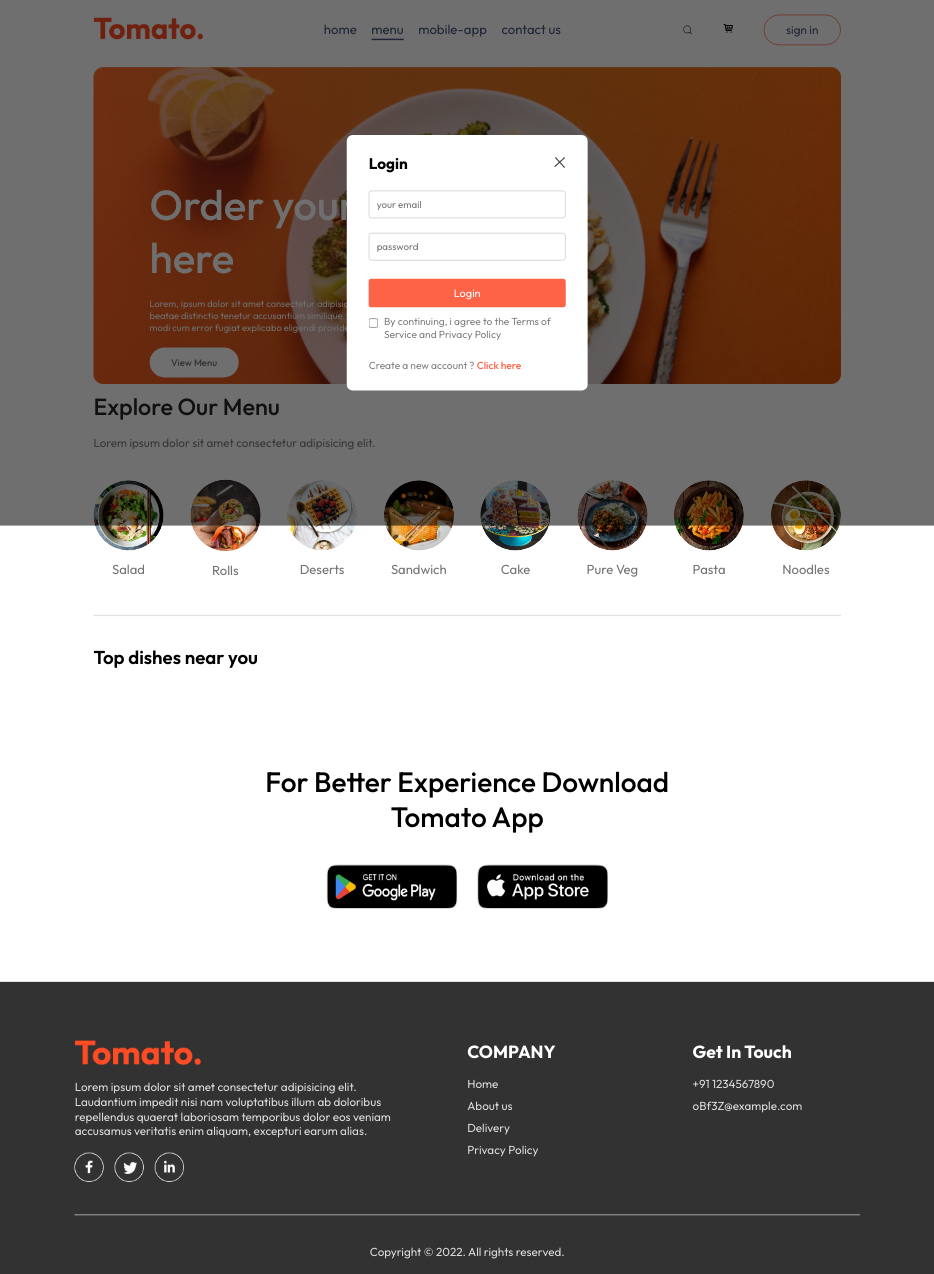
Repository: sodmaq/food-delivery
Page: / (app in frontend/), after clicking the first element matching `button`
These files come from the project's save history. The page is drawn as it stood at one moment and after the next save; the edit follows.
The browser window is 1280 px wide. The pictures show the whole page, at 73% of full size.
The project was rebuilt for these pictures with package versions that can differ from the ones it lists, and the page was loaded fresh each time. Also part of the build but not shown: frontend/vite.config.js, frontend/src/components/foodItem/FoodItem.css, frontend/src/components/foodItem/FoodItem.jsx, frontend/src/pages/Cart/Cart.css, frontend/src/pages/Cart/Cart.jsx, frontend/src/pages/PlaceOrder/PlaceOrder.css, frontend/src/pages/PlaceOrder/PlaceOrder.jsx.

Above is the page before, as saved 2024-10-08 17:15:49.

### frontend/src/main.jsx
import { StrictMode } from "react";
import { createRoot } from "react-dom/client";
import App from "./App.jsx";
import "./index.css";
import { BrowserRouter } from "react-router-dom";
import StoreContextProvider from "./context/storeContext"; // Default import, no curly braces

createRoot(document.getElementById("root")).render(
  <StrictMode>
    <BrowserRouter>
      <StoreContextProvider>
        <App />
      </StoreContextProvider>
    </BrowserRouter>
  </StrictMode>
);

### frontend/src/App.jsx
import NavBar from "./components/NavBar/NavBar";
import { Route, Routes } from "react-router-dom";
import Home from "./pages/Home/Home";
import Cart from "./pages/Cart/Cart";
import PlaceOrder from "./pages/PlaceOrder/PlaceOrder";
import Footer from "./components/Footer/Footer";
import { useState } from "react";
import LoginPopUp from "./components/Login/LoginPopUp";
const App = () => {
  const [showLogin, setShowLogin] = useState(false);
  return (
    <>
      {showLogin ? <LoginPopUp setShowLogin={setShowLogin} /> : <></>}
      <div className="app">
        <NavBar setShowLogin={setShowLogin} />
        <Routes>
          <Route path="/" element={<Home />} />
          <Route path="/cart" element={<Cart />} />
          <Route path="/order" element={<PlaceOrder />} />
        </Routes>
      </div>
      <Footer />
    </>
  );
};

export default App;

### frontend/src/index.css
@import url("https://fonts.googleapis.com/css2?family=Outfit:wght@100..900&display=swap");
* {
  padding: 0;
  margin: 0;
  box-sizing: border-box;
  font-family: Outfit;
  scroll-behavior: smooth;
}
body {
  min-height: 100vh;
}
a {
  text-decoration: none;
  color: inherit;
}

.app {
  width: 80%;
  margin: auto;
}
@keyframes fadeIn {
  0% {
    opacity: 0;
  }
  100% {
    opacity: 1;
  }
}

### frontend/src/context/storeContext.jsx
import { createContext, useEffect, useState } from "react";
import { food_list } from "../assets/assets";

export const StoreContext = createContext(null);

const StoreContextProvider = ({ children }) => {
  const [cartItems, setCartItems] = useState({});
  const url = "http://localhost:4000";
  const addToCart = (id) => {
    if (!cartItems[id]) {
      setCartItems((prev) => ({ ...prev, [id]: 1 }));
    } else {
      setCartItems((prev) => ({ ...prev, [id]: prev[id] + 1 }));
    }
  };
  const removeFromCart = (id) => {
    setCartItems((prev) => {
      if (prev[id] === 1) {
        const newCart = { ...prev };
        delete newCart[id];
        return newCart;
      }
      return { ...prev, [id]: prev[id] - 1 };
    });
  };

  const getTotalCartAmount = () => {
    let totalAmount = 0;
    for (const item in cartItems) {
      if (cartItems[item] > 0) {
        let itemInfo = food_list.find((product) => product._id === item);
        totalAmount += itemInfo.price * cartItems[item];
      }
    }
    return totalAmount;
  };

  const contextValue = {
    food_list,
    cartItems,
    setCartItems,
    addToCart,
    removeFromCart,
    getTotalCartAmount,
    url,
  };

  return (
    <StoreContext.Provider value={contextValue}>
      {children}
    </StoreContext.Provider>
  );
};

export default StoreContextProvider;

### frontend/src/components/NavBar/NavBar.jsx
import { useContext, useState } from "react";
import "./NavBar.css";
import { assets } from "../../assets/assets";
import { CiSearch } from "react-icons/ci";
import { TiShoppingCart } from "react-icons/ti";
import { Link } from "react-router-dom";
import { StoreContext } from "../../context/storeContext";

const NavBar = ({ setShowLogin }) => {
  const [menu, setMenu] = useState("menu");
  const { getTotalCartAmount } = useContext(StoreContext);
  return (
    <div className="navbar">
      <Link to={"/"}>
        <img src={assets.logo} alt="" className="logo" />
      </Link>
      <ul className="navbar-menu">
        <Link
          to="/"
          onClick={() => setMenu("home")}
          className={menu === "home" ? "active" : ""}
        >
          home
        </Link>
        <a
          href="#explore-menu"
          onClick={() => setMenu("menu")}
          className={menu === "menu" ? "active" : ""}
        >
          menu
        </a>
        <a
          href="#app-download"
          onClick={() => setMenu("mobile-app")}
          className={menu === "mobile-app" ? "active" : ""}
        >
          mobile-app
        </a>
        <a
          href="#footer"
          onClick={() => setMenu("contact-us")}
          className={menu === "contact-us" ? "active" : ""}
        >
          contact us
        </a>
      </ul>
      <div className="navbar-right">
        <CiSearch />
        <div className="navbar-search-icon">
          <Link to={"/cart"}>
            <TiShoppingCart />
          </Link>
          <div className={getTotalCartAmount() === 0 ? "" : "dot"}></div>
        </div>
        <button onClick={() => setShowLogin(true)}>sign in</button>
      </div>
    </div>
  );
};

export default NavBar;

### frontend/src/pages/Home/Home.jsx
import "./Home.css";
import Header from "../../components/Header/Header";
import ExploreMenu from "../../components/ExoloreMenu/ExploreMenu";
import { useState } from "react";
import FoodDisplay from "../../components/foodDisplay/FoodDisplay";
import AppDownload from "../../components/AppDownload/AppDownload";

const Home = () => {
  const [category, setCategory] = useState("All");
  return (
    <div>
      <Header />
      <ExploreMenu category={category} setCategory={setCategory} />
      <FoodDisplay category={category} />
      <AppDownload />
    </div>
  );
};

export default Home;

### frontend/src/components/Footer/Footer.jsx
import "./Footer.css";
import { assets } from "../../assets/assets";
const Footer = () => {
  return (
    <div className="footer" id="footer">
      <div className="footer-content">
        <div className="footer-content-left">
          <img src={assets.logo} alt="" />
          <p>
            Lorem ipsum dolor sit amet consectetur adipisicing elit. Laudantium
            impedit nisi nam voluptatibus illum ab doloribus repellendus quaerat
            laboriosam temporibus dolor eos veniam accusamus veritatis enim
            aliquam, excepturi earum alias.
          </p>
          <div className="footer-social-icons">
            <img src={assets.facebook_icon} alt="" />
            <img src={assets.twitter_icon} alt="" />
            <img src={assets.linkedin_icon} alt="" />
          </div>
        </div>
        <div className="footer-content-center">
          <h2>COMPANY</h2>
          <ul>
            <li>Home</li>
            <li>About us</li>
            <li>Delivery</li>
            <li>Privacy Policy</li>
          </ul>
        </div>
        <div className="footer-content-right">
          <h2>Get In Touch</h2>
          <ul>
            <li>+91 1234567890</li>
            <li>oBf3Z@example.com</li>
          </ul>
        </div>
      </div>
      <hr />
      <p className="footer-copyright">
        Copyright &copy; 2022. All rights reserved.
      </p>
    </div>
  );
};

export default Footer;

### frontend/src/components/Login/LoginPopUp.jsx
import { useState } from "react";
import "./LoginPopUp.css";
import { assets } from "../../assets/assets";
const LoginPopUp = ({ setShowLogin }) => {
  const [currState, setCurrState] = useState("Login");
  const [data, setData] = useState({
    name: "",
    email: "",
    password: "",
  });

  const onChangeHandler = (e) => {
    e.preventDefault();
    const name = e.target.name;
    const value = e.target.value;
    setData((data) => ({ ...data, [name]: value }));
  };

  return (
    <div className="login-popup">
      <form className="login-popup-container" action="">
        <div className="login-popup-title">
          <h2>{currState}</h2>
          <img
            onClick={() => setShowLogin(false)}
            src={assets.cross_icon}
            alt=""
          />
        </div>
        <div className="login-popup-inputs">
          {currState === "Login" ? (
            <></>
          ) : (
            <input
              name="name"
              onChange={onChangeHandler}
              value={data.name}
              type="text"
              placeholder="your name "
              required
            />
          )}
          <input
            name="email"
            onChange={onChangeHandler}
            value={data.email}
            type="email"
            placeholder="your email"
            required
          />
          <input
            name="password"
            onChange={onChangeHandler}
            type="password"
            placeholder="password"
            required
          />
        </div>
        <button>{currState === "Sign Up" ? "Create Account" : "Login"}</button>
        <div className="login-popup-condition">
          <input type="checkbox" required />
          <p>
            By continuing, i agree to the Terms of Service and Privacy Policy
          </p>
        </div>
        {currState === "Login" ? (
          <p>
            Create a new account ?{" "}
            <span onClick={() => setCurrState("Sign Up")}>Click here</span>
          </p>
        ) : (
          <p>
            Already have an account?{" "}
            <span onClick={() => setCurrState("Login")}>Login here</span>
          </p>
        )}
      </form>
    </div>
  );
};

export default LoginPopUp;

### frontend/src/components/NavBar/NavBar.css
.navbar {
  padding: 20px 0px;
  display: flex;
  justify-content: space-between;
  align-items: center;
}
.navbar .logo {
  width: 150px;
}

.navbar-menu {
  display: flex;
  list-style: none;
  gap: 20px;
  color: #49557e;
  font-size: 18px;
}
.navbar-right {
  display: flex;
  align-items: center;
  gap: 40px;
}

.navbar-right button {
  background: transparent;
  font-size: 16px;
  color: #49557e;
  border: 1px solid tomato;
  padding: 10px 30px;
  border-radius: 50px;
  cursor: pointer;
  transition: 0.3s;
}
.navbar button:hover {
  background-color: #fff4f2;
}
.navbar .active {
  padding-bottom: 2px;
  border-bottom: 2px solid #49557e;
}
.navbar li {
  cursor: pointer;
}

.navbar-search-icon {
  position: relative;
}

.navbar-search-icon .dot {
  position: absolute;
  min-width: 10px;
  min-height: 10px;
  background-color: tomato;
  border-radius: 5px;
  top: -8px;
  right: -8px;
}

@media (max-width: 1050px) {
  .navbar .logo {
    width: 140px;
  }
  .navbar-menu {
    gap: 20px;
    font-size: 17px;
  }
  .navbar-right {
    gap: 30px;
  }
  .navbar-right img {
    width: 22px;
  }
  .navbar-right button {
    padding: 8px 25px;
  }
}

@media (max-width: 900px) {
  .navbar .logo {
    width: 120px;
  }
  .navbar-menu {
    gap: 15px;
    font-size: 16px;
  }
  .navbar-right {
    gap: 20px;
  }
  .navbar-right img {
    width: 20px;
  }
  .navbar-right button {
    padding: 7px 20px;
    font-size: 15px;
  }
}

@media (max-width: 750px) {
  .navbar-menu {
    display: none;
  }
}

### frontend/src/components/Header/Header.jsx
import "./Header.css";

function Header() {
  return (
    <div className="header">
      <div className="header-contents">
        <h2>Order your food here</h2>
        <p>
          Lorem, ipsum dolor sit amet consectetur adipisicing elit. Neque ullam
          praesentium amet beatae distinctio tenetur accusantium similique. Ex,
          quo placeat. Tenetur veniam earum modi cum error fugiat explicabo
          eligendi provident.
        </p>
        <button>View Menu</button>
      </div>
    </div>
  );
}

export default Header;

### frontend/src/components/ExoloreMenu/ExploreMenu.jsx
import "./ExploreMenu.css";
import { menu_list } from "../../assets/assets";
const ExploreMenu = ({ category, setCategory }) => {
  return (
    <div className="explore-menu" id="explore-menu">
      <h1>Explore Our Menu</h1>
      <p className="explore-menu-text">
        Lorem ipsum dolor sit amet consectetur adipisicing elit.
      </p>
      <div className="explore-menu-list">
        {menu_list.map((item, index) => (
          <div
            onClick={() =>
              setCategory((prev) =>
                prev === item.menu_name ? "All" : item.menu_name
              )
            }
            key={index}
            className="explore-menu-list-item"
          >
            <img
              className={category === item.menu_name ? "active" : ""}
              src={item.menu_image}
              alt=""
            />
            <p>{item.menu_name}</p>
          </div>
        ))}
      </div>
      <hr />
    </div>
  );
};

export default ExploreMenu;

### frontend/src/components/foodDisplay/FoodDisplay.jsx
import React, { useContext } from "react";
import "./FoodDisplay.css";
import { StoreContext } from "../../context/storeContext";
import FoodItem from "../foodItem/FoodItem";

const FoodDisplay = ({ category }) => {
  const { food_list } = useContext(StoreContext);

  return (
    <div className="food-display" id="food-display">
      <h2>Top dishes near you</h2>
      <div className="food-display-list">
        {food_list.map((item) => {
          if (category === "ALL" || category === item.category) {
            return (
              <FoodItem
                key={item._id} // Use the _id as the key
                id={item._id} // Pass the _id to the component for unique identification
                name={item.name}
                description={item.description}
                price={item.price}
                image={item.image}
              />
            );
          }
          return null; // Avoid returning undefined from map
        })}
      </div>
    </div>
  );
};

export default FoodDisplay;

### frontend/src/components/AppDownload/AppDownload.jsx
import "./AppDownload.css";
import { assets } from "../../assets/assets";

const AppDownload = () => {
  return (
    <div className="app-download" id="app-download">
      <p>
        For Better Experience Download <br /> Tomato App
      </p>
      <div className="app-download-platforms">
        <img src={assets.play_store} alt="" />
        <img src={assets.app_store} alt="" />
      </div>
    </div>
  );
};

export default AppDownload;

### frontend/src/components/Footer/Footer.css
.footer {
  color: #d9d9d9;
  background-color: #323232;
  display: flex;
  flex-direction: column;
  align-items: center;
  gap: 20px;
  padding: 20px 8vw;
  padding-top: 80px;
  margin-top: 100px;
}
.footer-content {
  width: 100%;
  display: grid;
  grid-template-columns: 2fr 1fr 1fr;
  gap: 80px;
}

.footer-content-left,
.footer-content-right,
.footer-content-center {
  display: flex;
  flex-direction: column;
  align-items: start;
  gap: 20px;
}
.footer-content-left li,
.footer-content-right li,
.footer-content-center li {
  list-style: none;
  margin-bottom: 10px;
  cursor: pointer;
}

.footer-content-right h2,
.footer-content-center h2 {
  color: white;
}
.footer-social-icons img {
  width: 40px;
  margin-right: 15px;
}
.footer hr {
  width: 100%;
  height: 2px;
  margin: 20px 0;
  background-color: grey;
  border: none;
}

@media (max-width: 750px) {
  .footer-content {
    display: flex;
    flex-direction: column;
    gap: 35px;
  }
  .footer-copyright {
    text-align: center;
  }
}

### frontend/src/components/Login/LoginPopUp.css
.login-popup {
  position: absolute;
  z-index: 1;
  width: 100%;
  height: 100%;
  background-color: #00000090;
  display: grid;
}
.login-popup-container {
  place-self: center;
  width: max(23vw, 330px);
  color: #808080;
  background-color: white;
  display: flex;
  flex-direction: column;
  gap: 25px;
  padding: 25px 30px;
  border-radius: 8px;
  font-size: 14px;
  animation: fadeIn 0.5s;
}
.login-popup-title {
  display: flex;
  justify-content: space-between;
  align-items: center;
  color: black;
}
.login-popup-title img {
  width: 16px;
  cursor: pointer;
}
.login-popup-inputs {
  display: flex;
  flex-direction: column;
  gap: 20px;
}

.login-popup-inputs input {
  border: none;
  border: 1px solid #c9c9c9;
  border-radius: 4px;
  padding: 10px;
}
.login-popup-container button {
  border: none;
  padding: 10px;
  border-radius: 4px;
  color: white;
  background-color: tomato;
  font-size: 15px;
  cursor: pointer;
}

.login-popup-condition {
  display: flex;
  align-items: start;
  gap: 8px;
  margin-top: -15px;
}

.login-popup-condition input {
  margin-top: 5px;
}

.login-popup p span {
  color: tomato;
  font-weight: 500;
  cursor: pointer;
}

@keyframes fadeIn {
  0% {
    opacity: 0;
  }
  100% {
    opacity: 1;
  }
}

@keyframes fadeOut {
  0% {
    opacity: 1;
  }
  100% {
    opacity: 0;
  }
}

.login-popup-container {
  animation: fadeOut 0.5s;
}

### frontend/src/components/Header/Header.css
.header {
  height: 34vw;
  margin: 10px auto;
  background: url("/header_img.png") no-repeat;
  background-size: contain;
  position: relative;
}

.header-contents {
  position: absolute;
  display: flex;
  flex-direction: column;
  align-items: start;
  gap: 1.5vw;
  max-width: 50%;
  bottom: 10px;
  left: 6vw;
  animation: fadeIn 1s;
}

.header-contents h2 {
  font-weight: 500;
  color: white;
  font-size: max(4.5vw, 22px);
}

.header-contents p {
  color: white;
  font-size: 1vw;
}

.header-contents button {
  border: none;
  color: #747474;
  font-weight: 500;
  padding: 1vw 2.3vw;
  background-color: white;
  font-size: max(1vw, 13px);
  border-radius: 50px;
}

@media (max-width: 1050px) {
  .header-contents {
    max-width: 45%;
  }
}

@media (max-width: 750px) {
  .header-contents {
    max-width: 65%;
  }
  .header-contents p {
    display: none;
  }
  .header-contents button {
    padding: 2vw 4vw;
  }
}

### frontend/src/components/ExoloreMenu/ExploreMenu.css
.explore-menu {
  display: flex;
  flex-direction: column;
  gap: 20px;
}
.explore-menu h1 {
  color: #262626;
  font-weight: 500;
}

.explore-menu-text {
  max-width: 60%;
  color: #808080;
}

.explore-menu-list {
  display: flex;
  justify-content: space-between;
  align-items: center;
  gap: 30px;
  text-align: center;
  margin: 20px 0px;
  overflow-x: scroll;
}

.explore-menu-list::-webkit-scrollbar {
  display: none;
}

.explore-menu-list-item img {
  width: 7.5vw;
  min-width: 80px;
  cursor: pointer;
  border-radius: 50%;
  transition: 0.2s ease-in-out;
}
.explore-menu-list-item p {
  margin-top: 10px;
  color: #747474;
  font-size: max(1.4vw, 16px);
  cursor: pointer;
}
.explore-menu hr {
  margin: 10px 0px;
  height: 2px;
  background-color: #e2e2e2;
  border: none;
}

.explore-menu-list-item:hover img {
  transform: scale(1.1);
}

.explore-menu-list-item:hover p {
  font-weight: 600;
}
.explore-menu-list-item .active {
  border: 4px solid tomato;
  padding: 2px;
}

@media (max-width: 1050px) {
  .explore-menu-text {
    max-width: 100%;
    font-size: 14px;
  }
}

### frontend/src/components/foodDisplay/FoodDisplay.css
.food-display {
  margin-top: 30px;
}

.food-display h2 {
  font-size: max(2vw, 24px); /* Responsive font size */
  font-weight: 600;
}

.food-display-list {
  display: grid;
  grid-template-columns: repeat(4, 1fr); /* Default to 4 columns */
  margin-top: 30px;
  gap: 30px;
  row-gap: 50px;
}

/* Medium devices (tablets, medium desktops) */
@media (max-width: 1024px) {
  .food-display-list {
    grid-template-columns: repeat(3, 1fr); /* Reduce to 3 columns */
    gap: 20px;
    row-gap: 40px;
  }
}

/* Small devices (phones, small tablets) */
@media (max-width: 768px) {
  .food-display-list {
    grid-template-columns: repeat(2, 1fr); /* Reduce to 2 columns */
    gap: 15px;
    row-gap: 30px;
  }

  .food-display h2 {
    font-size: max(4vw, 20px); /* Adjust heading size for smaller screens */
  }
}

/* Extra small devices (small phones) */
@media (max-width: 480px) {
  .food-display-list {
    grid-template-columns: 1fr; /* Single column layout */
    gap: 10px;
    row-gap: 20px;
  }

  .food-display h2 {
    font-size: max(5vw, 18px); /* Further adjust heading size */
  }
}

Loaded but not shown: frontend/index.html (common file); frontend/src/components/AppDownload/AppDownload.css (common file); frontend/src/assets/assets.js (350 lines, source omitted); frontend/src/pages/Home/Home.css (no stored copy; drawn as an empty file)

After the next save:
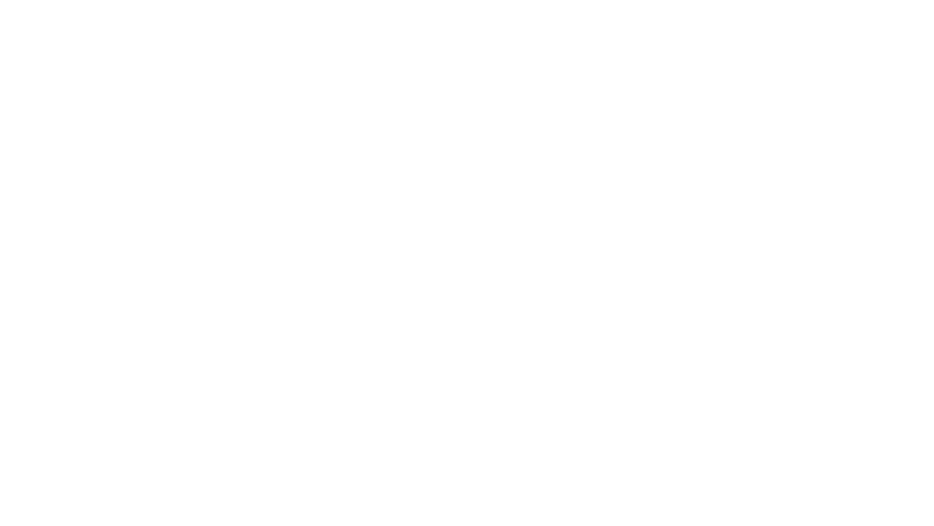
Console error: ReferenceError: StoreContext is not defined
Saved 2 min 50 s later.
--- a/frontend/src/components/Login/LoginPopUp.jsx
+++ b/frontend/src/components/Login/LoginPopUp.jsx
@@ -1,7 +1,8 @@
-import { useState } from "react";
+import { useContext, useState } from "react";
 import "./LoginPopUp.css";
 import { assets } from "../../assets/assets";
 const LoginPopUp = ({ setShowLogin }) => {
+  const { url } = useContext(StoreContext);
   const [currState, setCurrState] = useState("Login");
   const [data, setData] = useState({
     name: "",

After the save that followed:
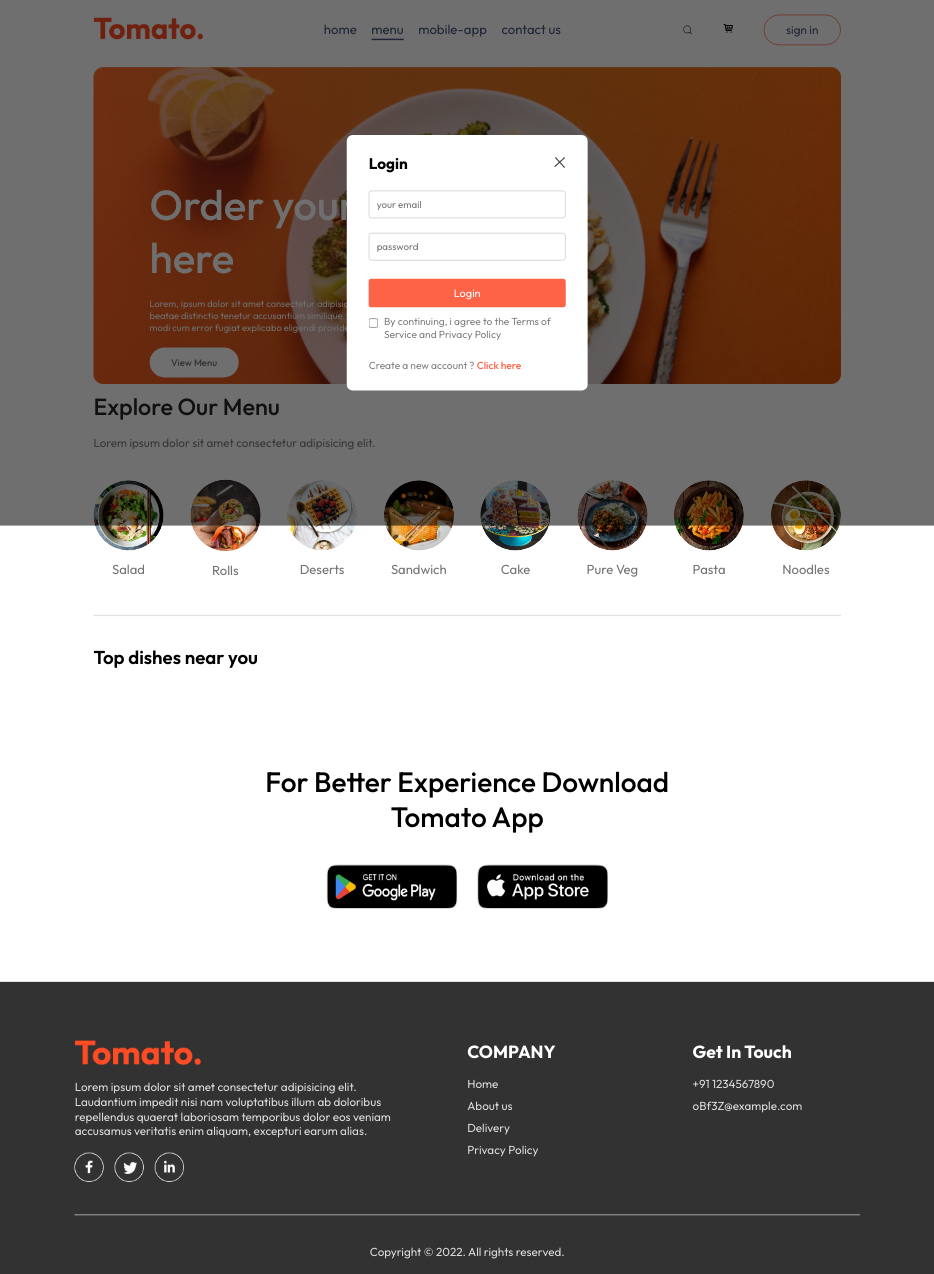
The error is gone.
Saved 6 s later.
--- a/frontend/src/components/Login/LoginPopUp.jsx
+++ b/frontend/src/components/Login/LoginPopUp.jsx
@@ -1,6 +1,7 @@
 import { useContext, useState } from "react";
 import "./LoginPopUp.css";
 import { assets } from "../../assets/assets";
+import { StoreContext } from "../../context/storeContext";
 const LoginPopUp = ({ setShowLogin }) => {
   const { url } = useContext(StoreContext);
   const [currState, setCurrState] = useState("Login");
